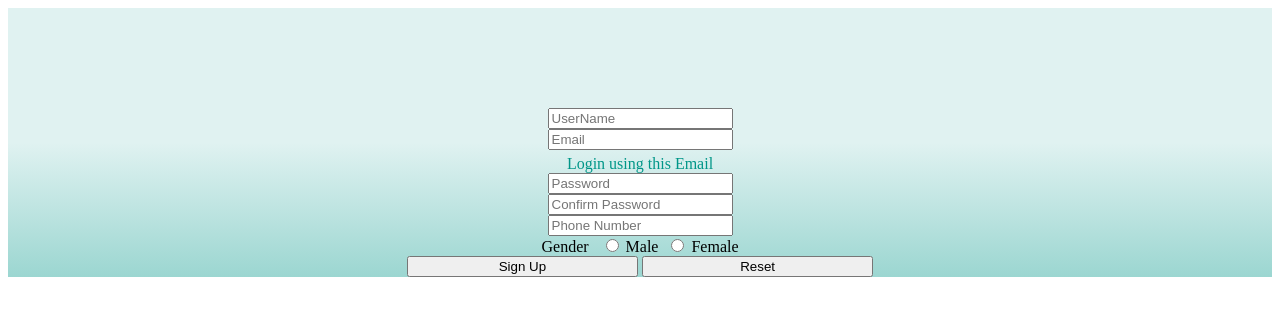
Repository: Indurupi/FriendZone
Page: FriendZoneFrontEnd/WebContent/signup.html
The author's editor kept a copy of each file at every save. The page is drawn from the files as they stood at one save, then again after the next save.
The browser window is 1280 px wide. The pictures show the whole page.

Above is the page before, as saved 2017-03-18 15:29:08.

After the next save:
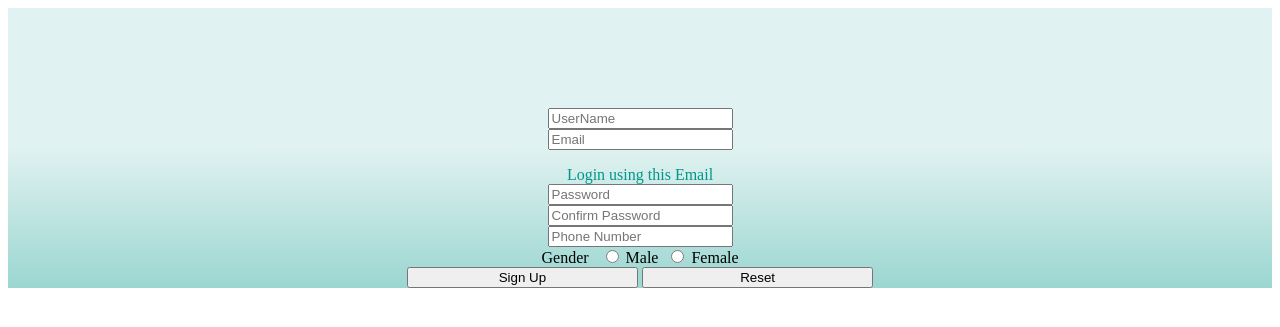
Saved 19 s later.
--- a/FriendZoneFrontEnd/WebContent/signup.html
+++ b/FriendZoneFrontEnd/WebContent/signup.html
@@ -33,8 +33,8 @@
 					<div class="glyphicon glyphicon-user"></div>
 				</span> <input type="text" class="form-control" placeholder="Email"
 					aria-describedby="basic-addon1" ng-model="home.user1.emailid" />
-								<div style="margin-top: 5px; color:  #009688;">
-				<span class="glyphicon glyphicon-hand-up"> </span> Login using this
+				<div style="margin-top: 5px; color:  #009688;">
+				<p class="glyphicon glyphicon-hand-up"> </p> Login using this
 				Email
 			</div>
 			</div>
